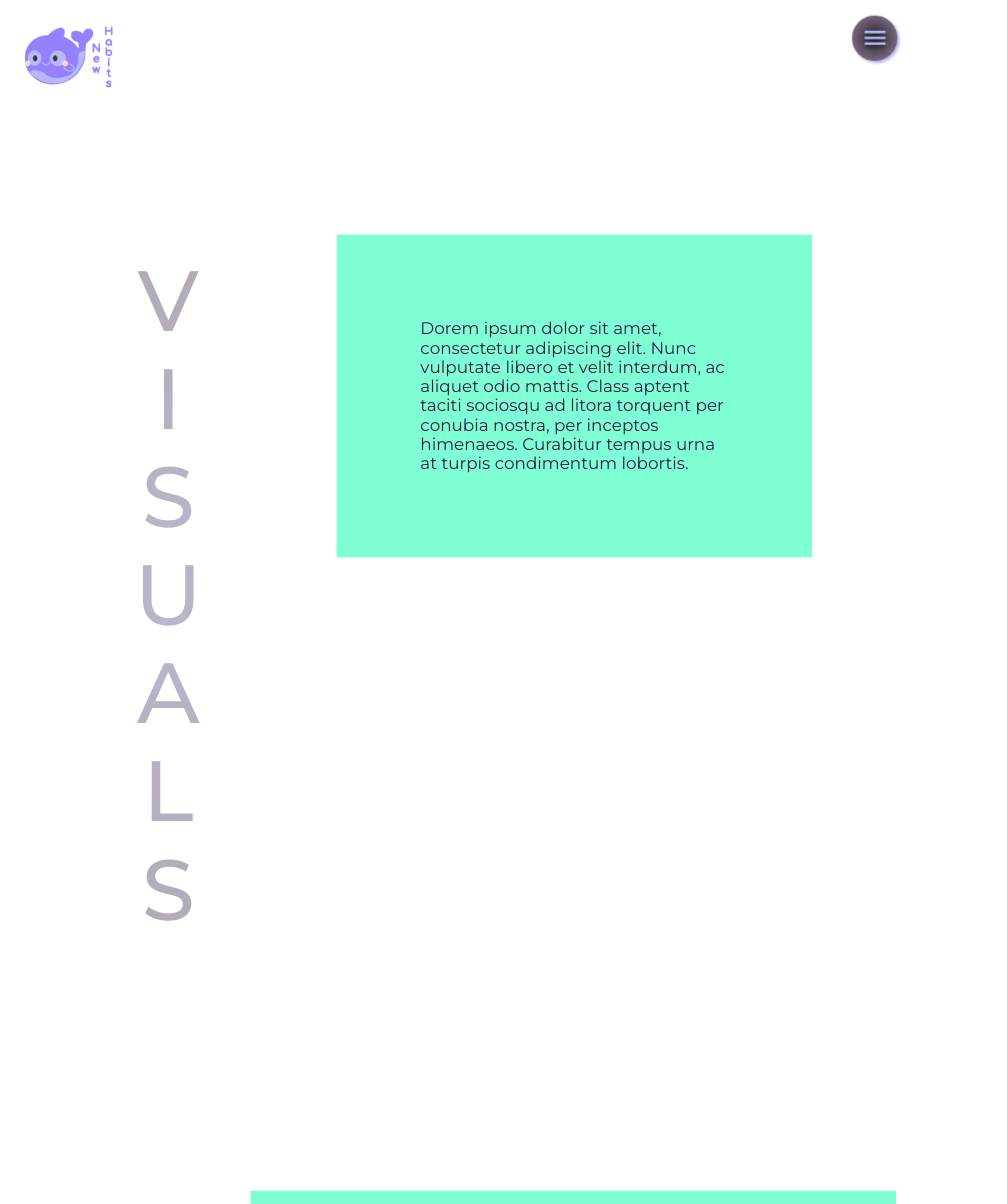
Repository: sierralaurent/Styleguide-Big_Project
Page: visuals.html
These files come from the project's save history. The page is drawn as it stood at one moment and after the next save; the edit follows.
The browser window is 1280 px wide. The page is 1438 px wide, then 1280 px, so the pictures cover 1438 px, including what lies to the right of the window. The pictures show the part of the page from y = 0 to 1720 px (the page is 4041 px tall before and 3217 px after), at 70% of full size.
Some web fonts or font styles are not loaded; a fallback is used.

Above is the page before, as saved 2023-03-11 11:52:20.

After the next save:
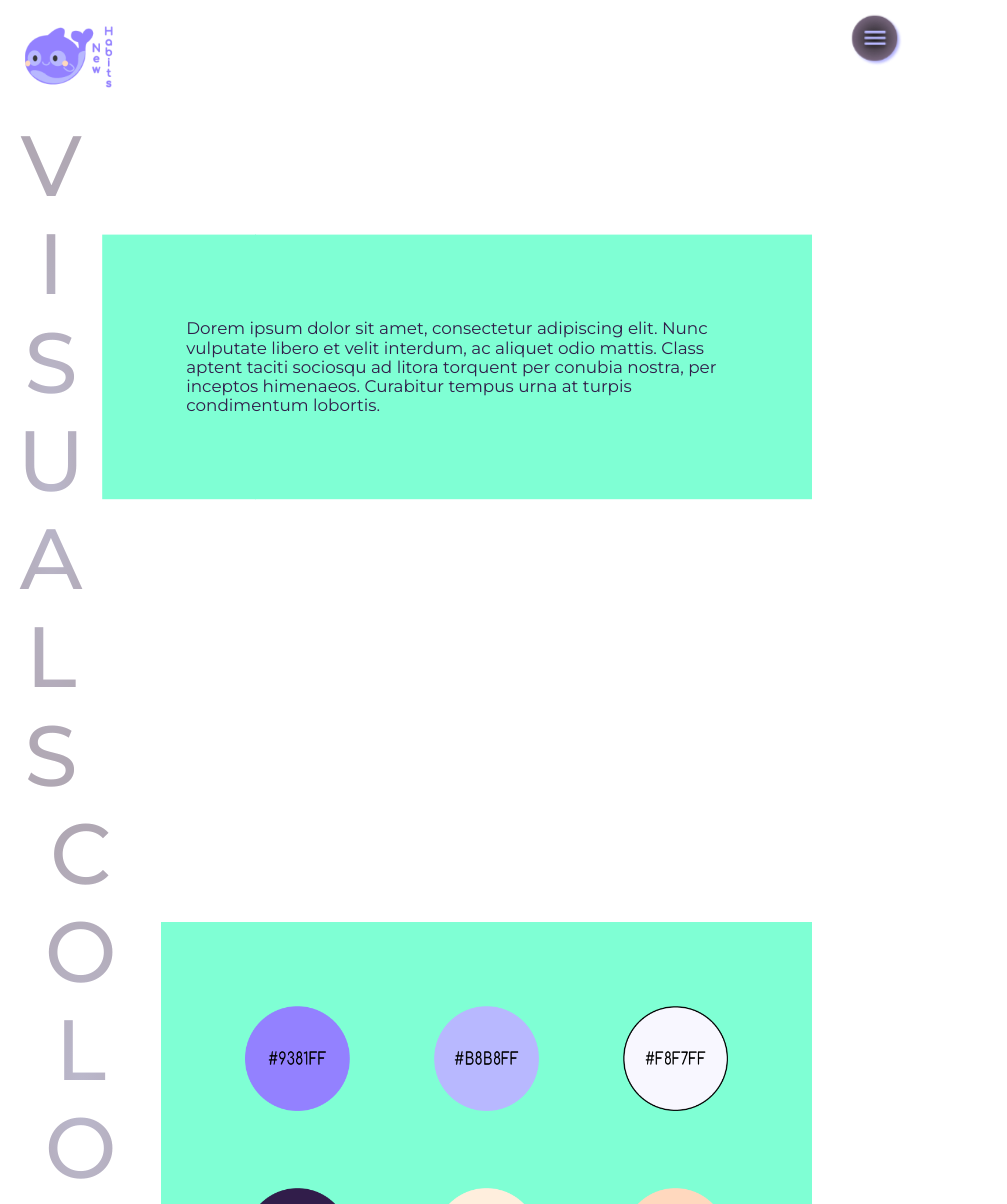
Saved 27 s later.
--- a/visuals.css
+++ b/visuals.css
@@ -220,9 +220,7 @@
       width: 100%;
     }
     .home-text03 {
-      width: auto;
-      margin: 3rem;
-      padding: 5rem;
+
     }
     .home-text17 {
       margin-top: 7rem;
